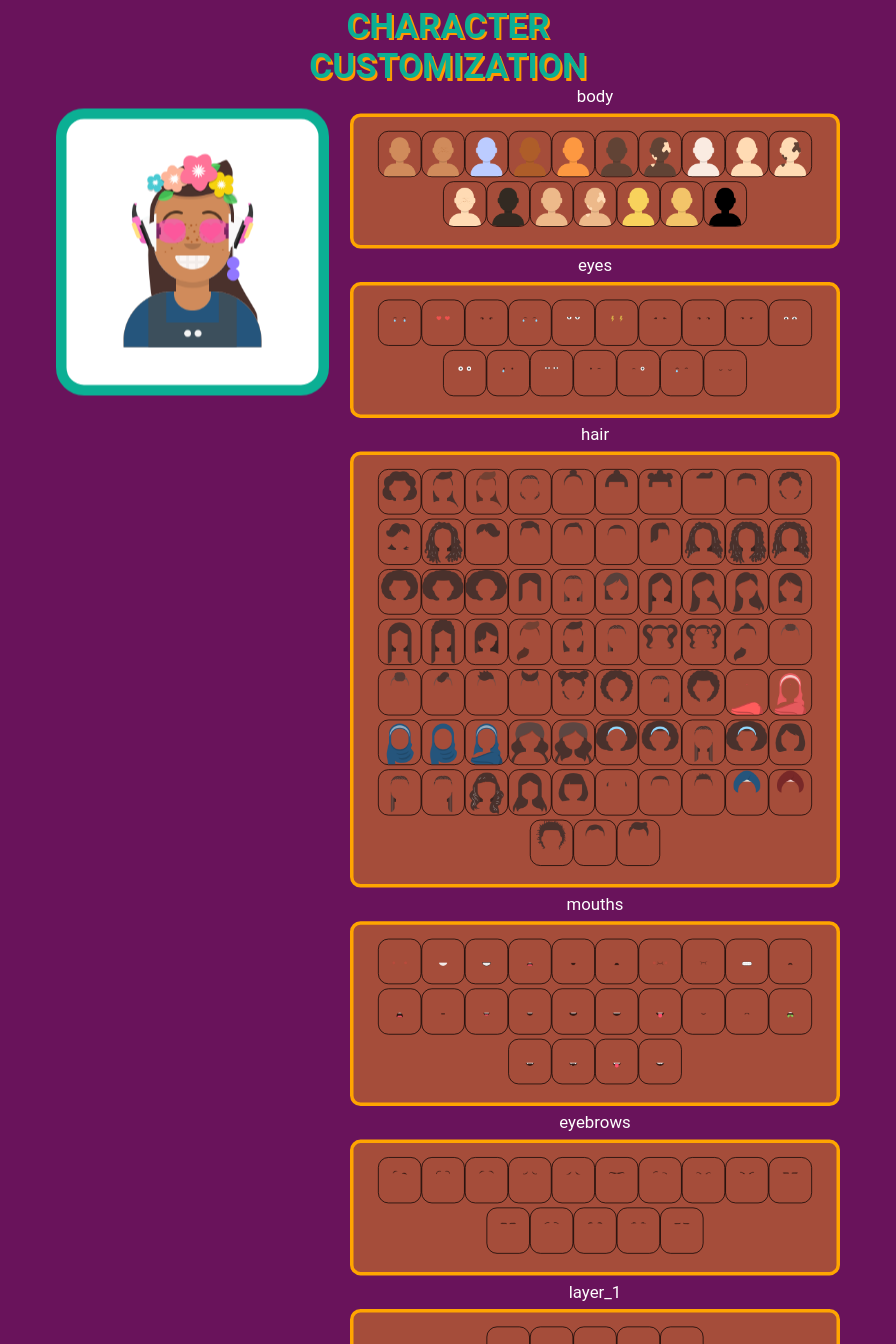
Repository: Kamaric112/react_clothing
Page: /
These files come from the project's save history. The page is drawn as it stood at one moment and after the next save; the edit follows.
The browser window is 1280 px wide. The pictures show the part of the page from y = 0 to 1920 px (the page is 3287 px tall), at 70% of full size.
The project was rebuilt for these pictures with package versions that can differ from the ones it lists, and the page was loaded fresh each time.

Above is the page before, as saved 2022-08-29 21:02:23.

### src/index.js
import React from "react";
import ReactDOM from "react-dom/client";
import App from "./components/App";

const root = ReactDOM.createRoot(document.getElementById("root"));

root.render(<App />);

### src/components/App.js
import React from "react";
import Header from "./Header";
import "./App.css";
import Avatar from "./Avatar";
import PartList from "./PartList";
import {useState} from "react"

const total = {
  body: 17,
  eyes: 17,
  hair: 73,
  mouths: 24,
  eyebrows: 15,
  hats: 28,
  glasses: 17,
  clothing1: 5,
  clothing2: 5,
  clothing3: 9,
};

function App() {


const [eyes, setEyes] = useState(2)
const [body, setBody] = useState(2)
const [layer_1, setLayer_1] = useState(2)
const [layer_2, setLayer_2] = useState(2)
const [layer_3, setLayer_3] = useState(2)
const [mouths, setMouths] = useState(2)
const [glasses, setGlasses] = useState(2)
const [hair, setHair] = useState(2)
const [eyebrows, setEyebrows] = useState(2)

const [earrings, setEarrings] = useState(2)
const [hats, setHats] = useState(2)
const randomize = () => {
    setBody(Math.floor(Math.random() * total.body));
		setEyes(Math.floor(Math.random() * total.eyes));
		setEyebrows(Math.floor(Math.random() * total.eyebrows));
		setHair(Math.floor(Math.random() * total.hair));
		setMouths(Math.floor(Math.random() * total.mouths));
		setGlasses(Math.floor(Math.random() * total.glasses));
		setLayer_1(Math.floor(Math.random() * total.clothing1));
		setLayer_2(Math.floor(Math.random() * total.clothing2));
		setLayer_3(Math.floor(Math.random() * total.clothing3));
    setHats(Math.floor(Math.random() * total.hats));

}




const handleClick = (e) => {
  console.log(e.target.src) //change states when clicked corresponding clothing
  const imageUrl = e.target.src
  console.log(imageUrl.split('/').pop().split('.')[0]) // split the src based on "/" then remove the last element, then split that element based on "." then choose the 1st element
}



  return (
    <div className="App">
      <Header />
      <div className="total-style">
        <Avatar eyes = {eyes} body = {body} layer_1 = {layer_1} layer_2 = {layer_2} layer_3 ={layer_3} mouths = {mouths} glasses = {glasses} hair = {hair} earrings = {earrings} hats = {hats} eyebrows= {eyebrows}/>
        <div>
        <PartList type = "body" total ="17" index = "1" handleClick={(e) => setBody(e.target.src.split('/').pop().split('.')[0])} />
        <PartList type = "eyes" total ="17" index = "1" handleClick={(e) => setEyes(e.target.src.split('/').pop().split('.')[0])}/>
        <PartList type = "hair" total ="73" index = "1" handleClick={(e) => setHair(e.target.src.split('/').pop().split('.')[0])}/>
        <PartList type = "mouths" total ="24" index = "1" handleClick={(e) => setMouths(e.target.src.split('/').pop().split('.')[0])}/>
        <PartList type = "eyebrows" total ="15" index = "1" handleClick={(e) => setEyebrows(e.target.src.split('/').pop().split('.')[0])}/>
        <PartList type = "layer_1" total ="5" index = "1" handleClick={(e) => setLayer_1(e.target.src.split('/').pop().split('.')[0])}/>
        <PartList type = "layer_2" total ="5" index = "1" handleClick={(e) => setLayer_2(e.target.src.split('/').pop().split('.')[0])}/>
        <PartList type = "layer_3" total ="9" index = "1" handleClick={(e) => setLayer_3(e.target.src.split('/').pop().split('.')[0])}/>
        <PartList type = "earrings" total ="32" index = "1" handleClick={(e) => setEarrings(e.target.src.split('/').pop().split('.')[0])}/>
        <PartList type = "hats" total ="28" index = "1" handleClick={(e) => setHats(e.target.src.split('/').pop().split('.')[0])} />
        <PartList type = "glasses" total ="17" index = "1" handleClick={(e) => setGlasses(e.target.src.split('/').pop().split('.')[0])}/>

        </div>


      </div>
    </div>
  );
}

export default App;

### src/components/Header.js
import React from "react";

function Header() {
  return (
    <>
      <div className="title">CHARACTER</div>
      <div className="subtitle">CUSTOMIZATION</div>
    </>
  );
}

export default Header;

### src/components/App.css
*,
*::after,
*::before {
  box-sizing: content-box;
  font-family: "Roboto", sans-serif;
}

body {
	background-color: rgb(105, 19, 91);
}

.App {
	max-width: 1200px;
	margin: 0 auto;
	display: flex;
	flex-direction: column;
	align-items: center;
}

.subtitle,
.title {
  text-align: center;
}

.title,
.subtitle {
  color: #0baf94;
  font-size: 50px;
  font-weight: 700;
  text-shadow: 3px 3px #f90;
}

.total-style {
  display: flex;

  justify-content: center;
  gap: 30px;
}

.avatar {
	width: 260px;
	height: 280px;
	position: relative;
}

.avatar-wrapper {
	border-radius: 40px;
	display: inline-block;
	border: 15px solid rgb(11, 175, 148);
	padding: 50px;
	position: sticky;
	background-color: #fff;
	top: calc(50% - 205px);
}

.list-section {
  max-width: 700px;
  text-align: center;
}

.partlist {
  display: flex;
  flex-direction: column;

}

.partlist div {
  color: white;
  font-size: 1.5rem;
}
.list {
  gap: 1rem;
  background-color: rgba(255,166,9,.4);
  border: 5px solid orange;
  border-radius: 15px;
  flex-wrap: wrap;
  margin: 10px 0;
  padding: 20px;
}

.list img {
  border: 1px solid black;
  border-radius: 15px
}

.list img:hover {
  background-color: #798885;
}

### src/components/Avatar.js
import React from 'react'
import Part from './Part'

function Avatar({eyes,body,layer_1,layer_2,layer_3,mouths,glasses,hair,earrings,hats,eyebrows}) {
  return (
    <div>
      <div className="avatar-wrapper">
        <div className="avatar">
          <Part type="body" position="0" index = {body}/>
          <Part type="layer_1" position="1" index = {layer_1}/>
          <Part type="layer_2" position="1" index = {layer_2}/>
          <Part type="layer_3" position="1" index = {layer_3}/>
          <Part type="mouths" position="2" index = {mouths}/>
          <Part type="noses" position="2" index = "1"/>
          <Part type="eyes" position="2" index = {eyes}/>
          <Part type="glasses" position="3" index = {glasses}/>
          <Part type="hair" position="3" index = {hair}/>
          <Part type="earrings" position="3" index = {earrings}/>
          <Part type="hats" position="4" index = {hats}/>
          <Part type="eyebrows" position="2" index = {eyebrows}/>



        </div>
      </div>
    </div>
  )
}

export default Avatar

### src/components/PartList.js
import React from 'react'


function PartList({type,index,total,handleClick}) {

  let parts=[]
  const accessories = ["hats","glasses","earrings"]
  const clothing = ["layer_1","layer_2","layer_3"]



  for (index;index<= total; index++) {
    if ( accessories.includes(type)) {
      parts.push( <img key= {index} src={`character/accessories/${type}/${index}.png`} width="60px" onClick= {handleClick} alt= {type}/>)
    } else if ( clothing.includes(type)) {
      parts.push( <img key= {index} src={`character/clothes/${type}/${index}.png`} width="60px" onClick={handleClick} alt= {type}/>)
    }
    else {
      parts.push( <img key= {index} src={`character/${type}/${index}.png`} width="60px" onClick={handleClick} alt= {type}/>)
    }
  }


  return (
      <div className="list-section">
        <div className="partlist">
          <div>{type}</div>
          <div className="list">
            {parts}
          </div>
        </div>
      </div>
  )
}

export default PartList

### src/components/Part.js
import React from 'react'

function Part({type,position,index}) {

  const accessories = ["hats","glasses","earrings"]
  const clothing = ["layer_1","layer_2","layer_3"]

  const commonStyle = {
    position: "absolute",
    width: "260px",
    zIndex: `${position}`
  }
  if ( accessories.includes(type)) {
    return (<img src={`character/accessories/${type}/${index}.png`}  alt={`${type}`}  style= {commonStyle}/>)
  } else if ( clothing.includes(type)) {
  return (<img src={`character/clothes/${type}/${index}.png`}  alt={`${type}`}  style= {commonStyle}/>)
  } else if (type ==="noses") {
    return (<img src={`character/${type}/1.png`} alt={`${type}`} style= {commonStyle}/>)
  } else {
    return (<img src={`character/${type}/${index}.png`}  alt={`${type}`} style= {commonStyle}/>)
  }
}
export default Part

Loaded but not shown: public/index.html (common file)

After the next save:
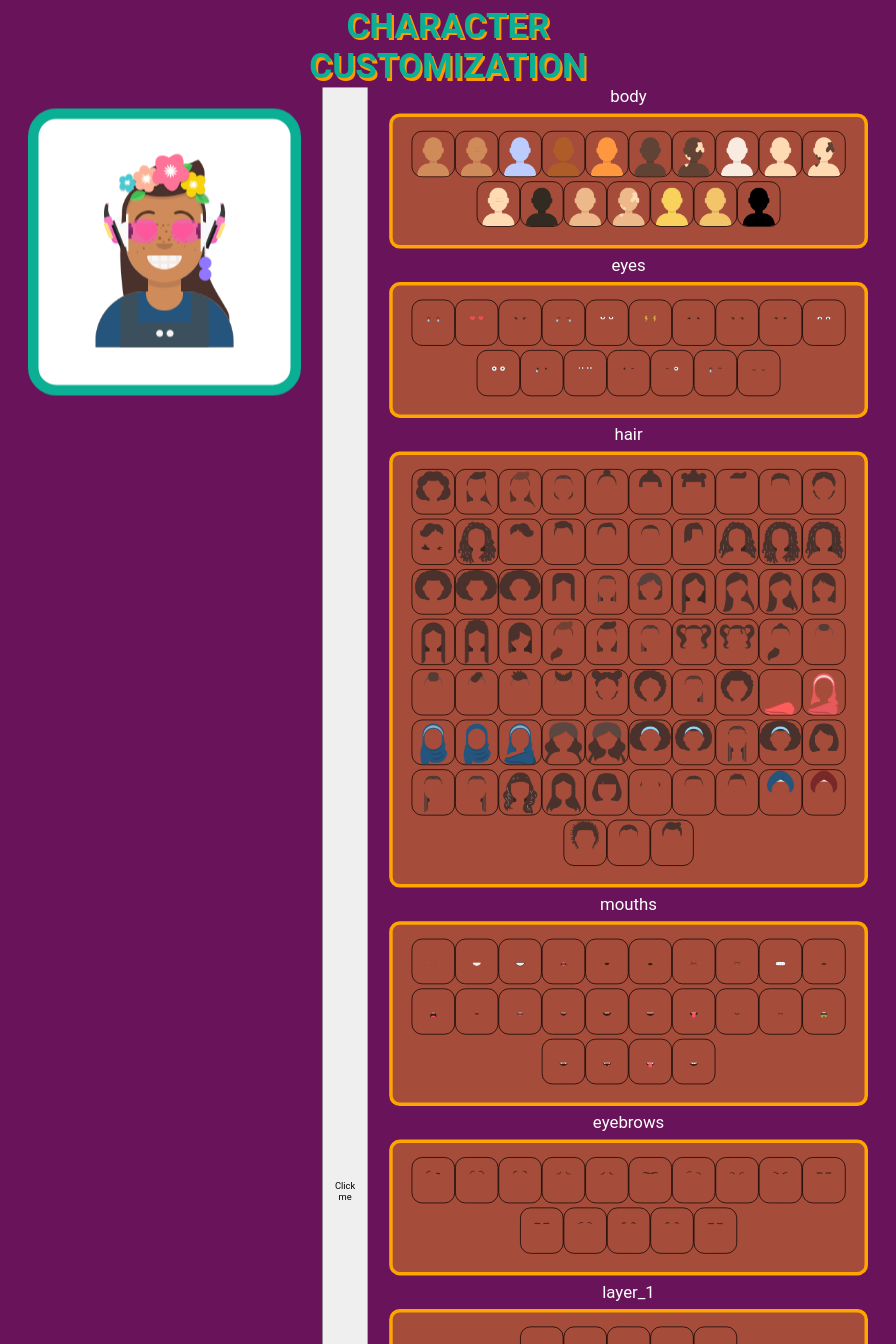
Saved 6 s later.
--- a/src/components/App.js
+++ b/src/components/App.js
@@ -63,6 +63,8 @@ const handleClick = (e) => {
       <Header />
       <div className="total-style">
         <Avatar eyes = {eyes} body = {body} layer_1 = {layer_1} layer_2 = {layer_2} layer_3 ={layer_3} mouths = {mouths} glasses = {glasses} hair = {hair} earrings = {earrings} hats = {hats} eyebrows= {eyebrows}/>
+        <button onClick={randomize}>Click me </button>
+
         <div>
         <PartList type = "body" total ="17" index = "1" handleClick={(e) => setBody(e.target.src.split('/').pop().split('.')[0])} />
         <PartList type = "eyes" total ="17" index = "1" handleClick={(e) => setEyes(e.target.src.split('/').pop().split('.')[0])}/>
